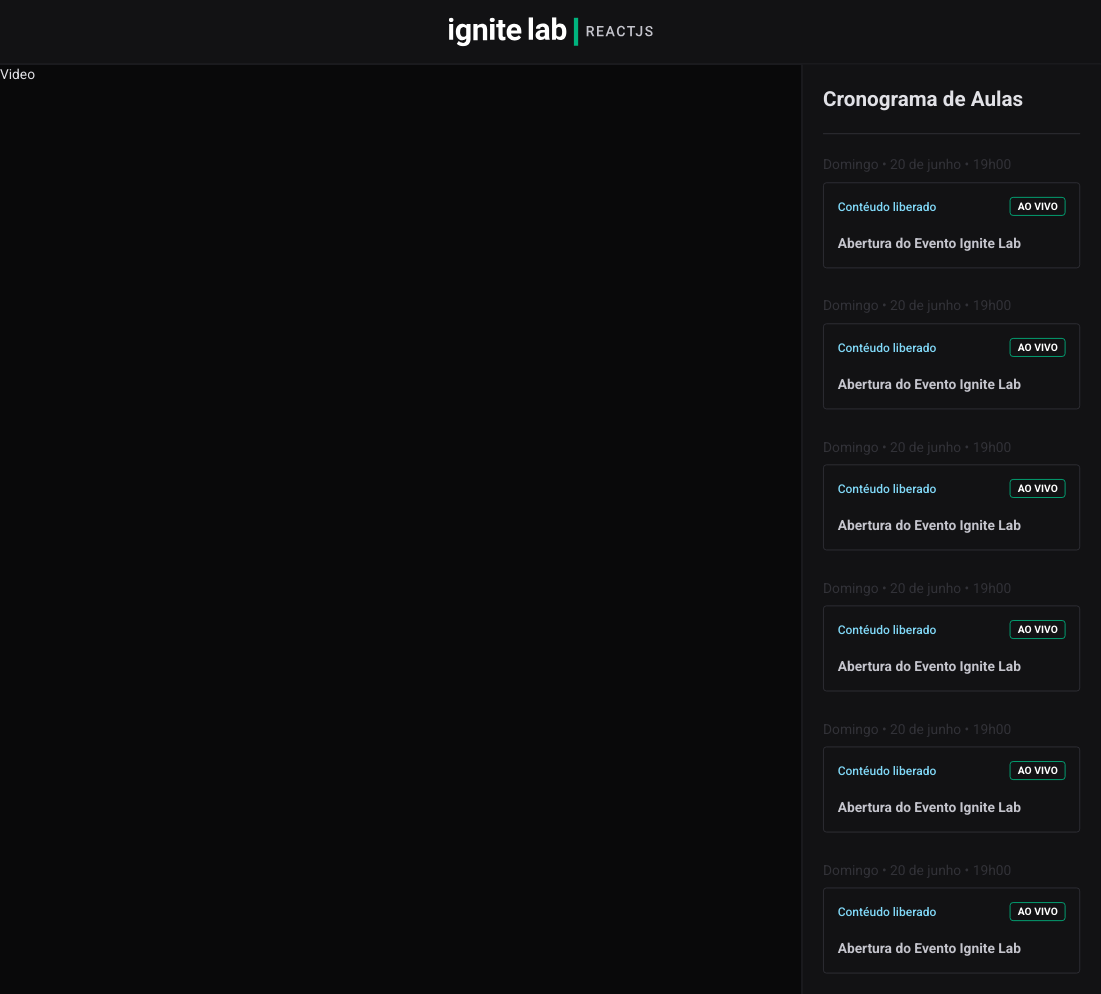
Repository: guilhermecardoso93/ignitelab
Page: /event
An editor plug-in stored every save of this project. The page is shown before and after the next save, followed by the edit.
The browser window is 1280 px wide. The pictures show the whole page, at 86% of full size.
The project was rebuilt for these pictures with package versions that can differ from the ones it lists, and the page was loaded fresh each time. Also part of the build but not shown: vite.config.ts.

Above is the page before, as saved 2022-06-22 11:50:23.

### index.html
<!DOCTYPE html>
<html lang="en">
  <head>
    <meta charset="UTF-8" />
    <link rel="icon" type="image/svg+xml" href="/src/favicon.svg" />
    <link rel="preconnect" href="https://fonts.googleapis.com" />
    <link rel="preconnect" href="https://fonts.gstatic.com" crossorigin />
    <link
      href="https://fonts.googleapis.com/css2?family=Roboto:wght@400;500;700&display=swap"
      rel="stylesheet"
    />
    <meta name="viewport" content="width=device-width, initial-scale=1.0" />
    <title>Ignite Lab</title>
  </head>
  <body>
    <div id="root"></div>
    <script type="module" src="/src/main.tsx"></script>
  </body>
</html>

### src/main.tsx
import { ApolloProvider } from "@apollo/client";
import React from "react";
import ReactDOM from "react-dom/client";
import { App } from "./App";
import { client } from "./lib/apollo";

import "./styles/global.css";

ReactDOM.createRoot(document.getElementById("root")!).render(
  <React.StrictMode>
    <ApolloProvider client={client}>
      <App />
    </ApolloProvider>
  </React.StrictMode>
);

### src/App.tsx
import { Event } from "./pages/Event";

export function App() {
  return (
    <div>
      <Event />
    </div>
  );
}

### src/lib/apollo.ts
import { ApolloClient, InMemoryCache } from "@apollo/client";

export const client = new ApolloClient({
  uri: "https://api-sa-east-1.graphcms.com/v2/cl4orc0220r0201xnfce43eoi/master",
  cache: new InMemoryCache()
});

### src/pages/Event.tsx
import { Header } from "../components/Header";
import { Sidebar } from "../components/Sidebar";
import { Video } from "../components/Video";

export function Event() {
  return (
    <div className="flex flex-col min-h-screen">
      <Header />
      <main className="flex flex-1">
        <Video />
        <Sidebar />
      </main>
    </div>
  );
}

### src/components/Header/index.tsx
import { Logo } from "../Logo";

export function Header() {
  return (
    <header className='w-full py-5 flex items-center justify-center bg-gray-700 border-b border-gray-600'>
      <Logo/>
    </header>
  );
}

### src/components/Sidebar/index.tsx
import { Lesson } from "../Lesson";

export function Sidebar() {
  return (
    <aside className="w-[348px] bg-gray-700 p-6 border-l border-gray-600">
      <span className="font-bold text-2xl pb-6 mb-6 border-b border-gray-500 block">
        Cronograma de Aulas
      </span>

      <div className="flex flex-col gap-8">
        <Lesson/>
        <Lesson/>
        <Lesson/>
        <Lesson/>
        <Lesson/>
        <Lesson/>
      </div>
    </aside>
  );
}

### src/components/Video/index.tsx
export function Video() {
  return (
    <div className='flex-1'>
      <h1>Video</h1>
    </div>

  );
}

### src/components/Logo/index.tsx
export function Logo() {
  return (
    <svg
      xmlns="http://www.w3.org/2000/svg"
      width="237"
      height="34"
      fill="none"
      viewBox="0 0 237 34"
    >
      <path
        fill="#fff"
        d="M.002 3.112a2.49 2.49 0 01.165-.987c.12-.314.304-.595.535-.83A2.906 2.906 0 012.615.572c.698 0 1.374.257 1.912.723.23.24.412.524.536.837a2.701 2.701 0 010 1.979 2.568 2.568 0 01-.536.837 2.889 2.889 0 01-1.907.723 2.901 2.901 0 01-1.908-.723 2.458 2.458 0 01-.538-.84 2.645 2.645 0 01-.172-.996zm4.96 23.146H.273V7.862h4.689v18.397zM8.012 16.973c0-2.853.686-5.145 2.055-6.883a6.653 6.653 0 015.528-2.606 5.869 5.869 0 014.802 2.09l.2-1.751h4.538v17.95a7.891 7.891 0 01-1.12 4.246 7.243 7.243 0 01-3.147 2.752 11.155 11.155 0 01-4.742.94c-1.378 0-2.74-.279-4.008-.812a7.08 7.08 0 01-2.946-2.11l2.208-3.02a5.905 5.905 0 004.543 2.08 4.356 4.356 0 003.104-1.059 3.938 3.938 0 001.103-2.993v-.994a5.775 5.775 0 01-4.555 1.935 6.647 6.647 0 01-3.05-.652 6.615 6.615 0 01-2.408-1.967c-1.397-1.752-2.085-4.089-2.085-6.942v-.21h-.025l.005.006zm4.997.355a6.723 6.723 0 001.026 3.956 3.233 3.233 0 002.799 1.443c.651.045 1.3-.088 1.878-.39a3.52 3.52 0 001.396-1.305v-7.825a3.448 3.448 0 00-1.374-1.305 3.504 3.504 0 00-1.86-.39 3.28 3.28 0 00-1.61.365 3.22 3.22 0 00-1.219 1.103c-.688.975-1.036 2.418-1.036 4.348zM33.098 7.833l.158 2.196a6.527 6.527 0 012.371-1.927 6.38 6.38 0 012.971-.62c1.97 0 3.438.597 4.39 1.79.953 1.194 1.456 2.936 1.486 5.293v12.249h-4.962V14.683a3.367 3.367 0 00-.684-2.344 3.086 3.086 0 00-1.069-.598 3.008 3.008 0 00-1.211-.13 3.349 3.349 0 00-1.821.454c-.553.32-1.01.794-1.313 1.367v13.37H28.45V7.845l4.647-.012zM47.512 3.112a2.304 2.304 0 01.185-.988 2.42 2.42 0 01.59-.831A3.439 3.439 0 0150.404.57c.772 0 1.52.256 2.117.723.508.486.792 1.142.792 1.826 0 .683-.284 1.34-.792 1.826a3.417 3.417 0 01-2.11.723c-.77 0-1.517-.257-2.11-.723a2.47 2.47 0 01-.594-.839 2.342 2.342 0 01-.19-.994h-.005zm5.483 23.149h-5.18V7.86h5.18v18.4zM62.454 3.334v4.612h3.107v3.677h-3.107v9.382c-.05.53.091 1.063.395 1.495a1.824 1.824 0 001.473.45c.476.002.95-.035 1.421-.114v3.803a9.672 9.672 0 01-2.939.449c-3.398 0-5.128-1.775-5.19-5.32V11.644h-2.642V7.968h2.643V3.356h4.841v-.025l-.002.003zM76.487 27.08a9.277 9.277 0 01-6.759-2.55c-1.74-1.699-2.605-3.957-2.605-6.797v-.494a11.295 11.295 0 011.098-5.08 8.141 8.141 0 013.111-3.465 8.72 8.72 0 014.59-1.22c2.577 0 4.62.815 6.098 2.449 1.478 1.633 2.226 3.94 2.226 6.929v2.055h-12.01a4.665 4.665 0 001.473 2.971 4.487 4.487 0 003.111 1.111 5.426 5.426 0 004.548-2.115l2.476 2.781a7.506 7.506 0 01-3.07 2.507 9.81 9.81 0 01-4.287.916v.002zm-.594-15.514a3.127 3.127 0 00-2.428 1.012 5.405 5.405 0 00-1.188 2.912h7.006v-.405a3.749 3.749 0 00-.908-2.608 3.252 3.252 0 00-2.45-.908h-.03l-.002-.003zM97.771 26.259h-4.957V0h4.957V26.26zM112.209 26.259c-.227-.444-.392-.997-.496-1.659-1.196 1.333-2.751 2.002-4.666 2.002-1.811 0-3.314-.523-4.504-1.572-1.191-1.049-1.786-2.372-1.786-3.966 0-1.96.725-3.464 2.179-4.513 1.453-1.049 3.553-1.58 6.3-1.59h2.273v-1.06c0-.854-.22-1.54-.659-2.051-.44-.513-1.131-.77-2.078-.77-.832 0-1.486.2-1.957.6-.474.4-.708.945-.708 1.64h-4.941c0-1.07.331-2.062.992-2.973.662-.91 1.597-1.626 2.804-2.144 1.206-.518 2.564-.778 4.069-.778 2.28 0 4.089.573 5.429 1.718 1.34 1.145 2.009 2.756 2.009 4.83v8.017c.012 1.754.256 3.082.735 3.983v.29h-4.992l-.003-.004zm-4.086-3.435c.728 0 1.402-.163 2.016-.486.614-.326 1.071-.76 1.367-1.308v-3.181h-1.846c-2.472 0-3.79.854-3.948 2.564l-.017.291c0 .614.217 1.123.649 1.523.434.4 1.026.6 1.779.6v-.003zM136.58 17.183c0 2.963-.632 5.273-1.898 6.931-1.265 1.659-3.032 2.488-5.3 2.488-2.006 0-3.608-.77-4.805-2.308l-.222 1.967h-4.444V.001h4.94v9.418c1.14-1.332 2.638-2 4.496-2 2.256 0 4.025.828 5.308 2.487 1.283 1.658 1.923 3.992 1.923 7v.274l.002.003zm-4.94-.358c0-1.868-.296-3.233-.889-4.094-.592-.861-1.475-1.29-2.65-1.29-1.572 0-2.655.643-3.247 1.932v7.299c.604 1.298 1.697 1.95 3.282 1.95 1.584 0 2.643-.788 3.146-2.36.239-.752.358-1.897.358-3.437z"
      ></path>
      <path
        fill="#C4C4CC"
        d="M164.51 17.501h-2.283v4.53h-2.048v-11.78h4.143c1.36 0 2.408.306 3.149.915.74.61 1.108 1.493 1.108 2.648 0 .787-.19 1.449-.57 1.98-.38.532-.911.94-1.59 1.226l2.646 4.906v.106h-2.194l-2.364-4.531h.003zm-2.283-1.65h2.105c.691 0 1.229-.176 1.619-.524.39-.348.582-.824.582-1.429 0-.604-.18-1.12-.538-1.466-.358-.345-.893-.523-1.606-.533h-2.162V15.85zM179.066 16.773h-4.839v3.625h5.656v1.634h-7.704V10.25h7.648v1.65h-5.6v3.253h4.839v1.62zM189.803 19.29h-4.565l-.955 2.744h-2.127l4.452-11.783h1.836l4.459 11.783h-2.137l-.963-2.744zm-3.99-1.65h3.415l-1.707-4.89-1.708 4.89zM204.716 18.197c-.119 1.256-.583 2.238-1.392 2.941-.81.703-1.885 1.056-3.228 1.056-.938 0-1.764-.222-2.48-.668-.715-.445-1.266-1.079-1.656-1.898-.387-.82-.589-1.772-.607-2.858v-1.1c0-1.11.198-2.09.59-2.937.392-.846.96-1.5 1.695-1.96.736-.458 1.587-.688 2.554-.688 1.301 0 2.347.353 3.139 1.057.792.703 1.254 1.7 1.385 2.99h-2.039c-.096-.846-.343-1.458-.74-1.833-.397-.375-.977-.563-1.745-.563-.89 0-1.574.326-2.05.977-.479.652-.721 1.605-.733 2.863v1.044c0 1.273.227 2.245.683 2.917.457.668 1.123 1.004 2.004 1.004.805 0 1.409-.18 1.814-.543.405-.363.661-.962.77-1.804h2.038l-.002.003zM216.481 11.902h-3.674v10.132h-2.031V11.902h-3.642V10.25h9.347v1.65zM222.759 10.251h2.039v8.262c0 1.127-.353 2.023-1.057 2.687-.703.664-1.633.995-2.788.995-1.229 0-2.179-.311-2.848-.93-.669-.62-1.004-1.484-1.004-2.59h2.038c0 .627.156 1.096.467 1.412.31.316.76.474 1.347.474.55 0 .989-.183 1.315-.545.326-.366.489-.867.489-1.51V10.25h.002zM234.952 18.999c0-.518-.183-.918-.545-1.197-.363-.279-1.022-.563-1.972-.849-.95-.286-1.705-.604-2.265-.955-1.074-.674-1.612-1.555-1.612-2.638 0-.95.388-1.732 1.163-2.347.774-.614 1.779-.922 3.015-.922.819 0 1.55.15 2.194.454a3.597 3.597 0 011.513 1.29c.367.558.55 1.177.55 1.858h-2.038c0-.614-.193-1.095-.578-1.443-.385-.348-.938-.524-1.656-.524-.668 0-1.189.144-1.557.43-.37.286-.555.686-.555 1.197 0 .432.2.792.6 1.08.399.29 1.056.57 1.974.842.918.271 1.653.582 2.208.93.556.348.963.748 1.222 1.197.259.452.387.977.387 1.582 0 .982-.375 1.762-1.127 2.342-.753.58-1.775.87-3.063.87a5.755 5.755 0 01-2.352-.473c-.715-.316-1.27-.75-1.668-1.308-.397-.555-.594-1.204-.594-1.942h2.048c0 .669.222 1.187.664 1.555.441.367 1.075.55 1.902.55.713 0 1.246-.143 1.607-.432.357-.288.538-.671.538-1.145l-.003-.002z"
      ></path>
      <path fill="#00B37E" d="M150.271 33.146h-4.958V.57h4.958v32.576z"></path>
    </svg>
  );
}

### src/components/Lesson/index.tsx
export function Lesson() {
  return (
    <a href="#">
      <span className="text-gray-500">Domingo • 20 de junho • 19h00</span>

      <div className="rounded border border-gray-500 p-4 mt-2">
        <header className="flex items-center justify-between">
          <span className="text-sm text-blue-500 font-medium">
            Contéudo liberado{" "}
          </span>
          <span className="text-xs rounded px-2 py-[0.125rem] text-white border border-green-300 font-bold">
            AO VIVO
          </span>
        </header>
        <strong className="mt-5 text-gray-200 block">
          Abertura do Evento Ignite Lab
        </strong>
      </div>
    </a>
  );
}

### tailwind.config.js
/** @type {import('tailwindcss').Config} */
module.exports = {
  content: ["./src/**/*.tsx"],
  theme: {
    extend: {
      fontFamily: {
        sans: "Roboto, sans-serif"
      },
      colors: {
        green: {
          300: "#00B37E",
          500: "#00875F",
          700: "#015F43"
        },
        blue: {
          500: "#81D8F7"
        },
        orange: {
          500: "#FBA94C"
        },
        red: {
          500: "#F75A68"
        },
        gray: {
          100: "#E1E1E6",
          200: "#C4C4CC",
          300: "#8D8D99",
          500: "#323238",
          600: "#29292E",
          700: "#121214",
          900: "#09090A"
        }
      }
    }
  },
  plugins: []
};

Loaded but not shown: src/styles/global.css (common file)

After the next save:
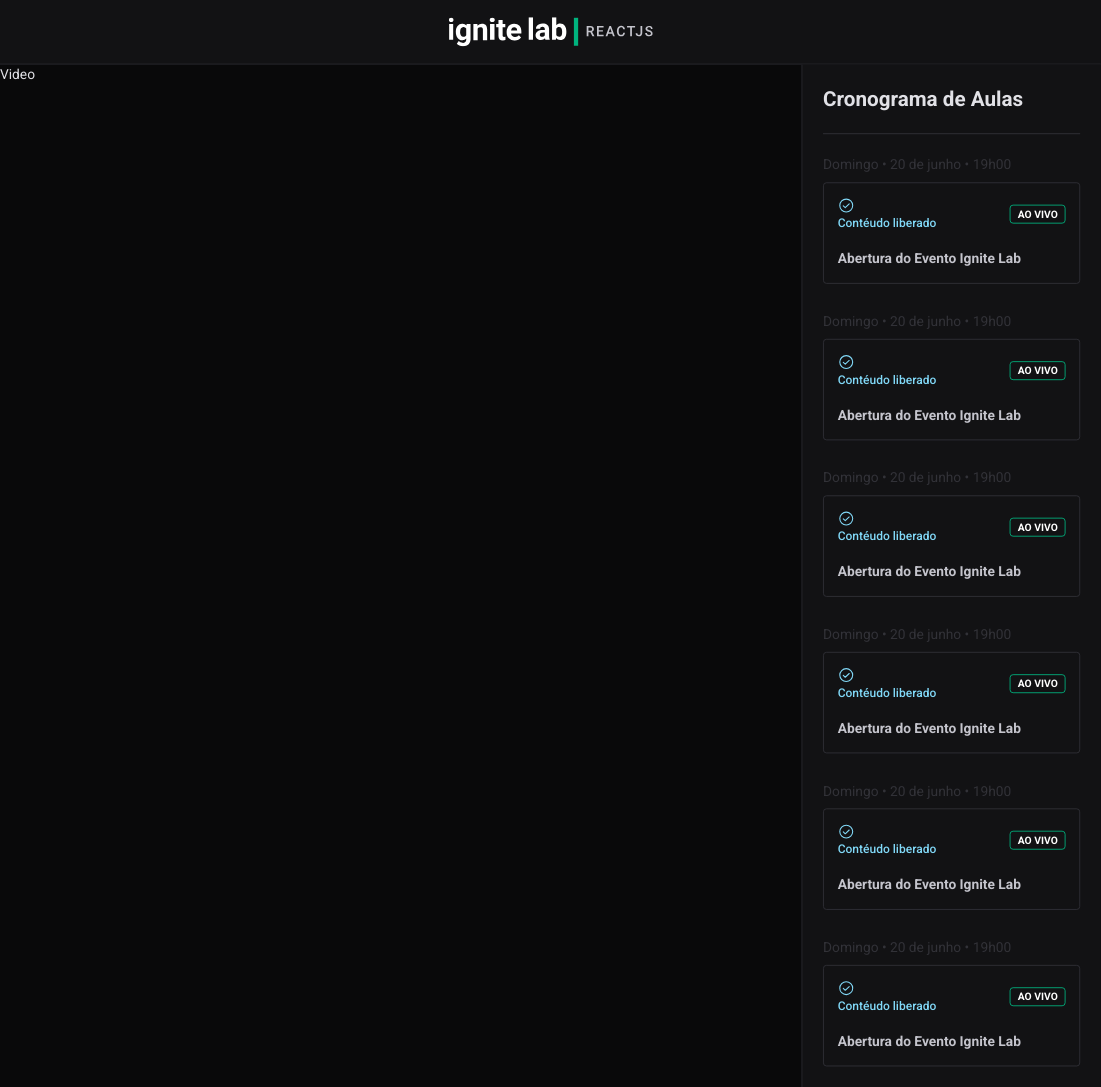
Saved 4 min 45 s later.
--- a/src/components/Lesson/index.tsx
+++ b/src/components/Lesson/index.tsx
@@ -1,3 +1,5 @@
+import { CheckCircle } from 'phosphor-react'
+
 export function Lesson() {
   return (
     <a href="#">
@@ -6,6 +8,7 @@
       <div className="rounded border border-gray-500 p-4 mt-2">
         <header className="flex items-center justify-between">
           <span className="text-sm text-blue-500 font-medium">
+            <CheckCircle size={20}/>
             Contéudo liberado{" "}
           </span>
           <span className="text-xs rounded px-2 py-[0.125rem] text-white border border-green-300 font-bold">
